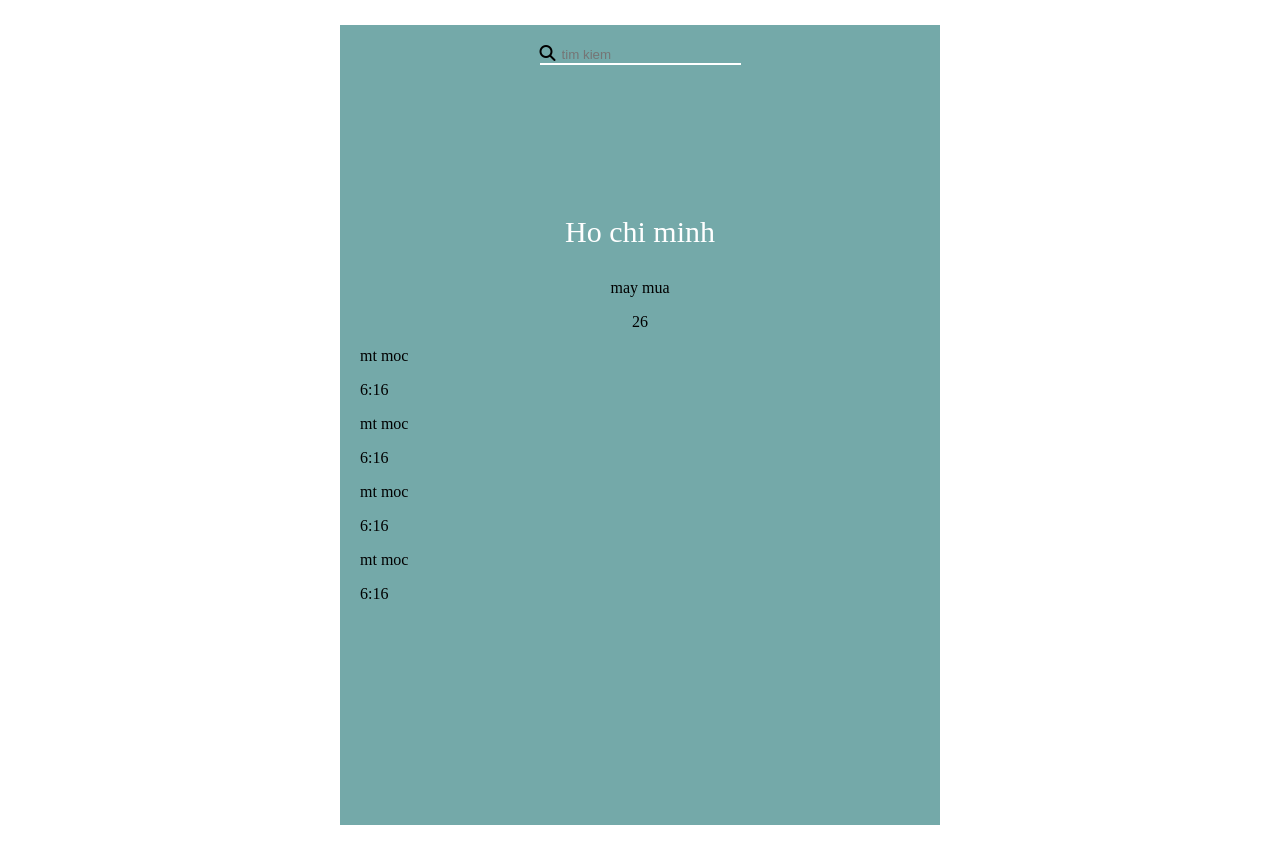
Repository: tienbkvn0605/weatherApp
Page: index.html
An editor plug-in stored every save of this project. The page is shown before and after a run of saves, followed by the edit.
The browser window is 1280 px wide. The pictures show the whole page.

Above is the page before, as saved 2022-10-05 16:48:59.

### index.html
<!DOCTYPE html>
<html lang="en">
  <head>
    <meta charset="UTF-8" />
    <meta http-equiv="X-UA-Compatible" content="IE=edge" />
    <meta name="viewport" content="width=device-width, initial-scale=1.0" />
    <link
      rel="stylesheet"
      href="https://cdnjs.cloudflare.com/ajax/libs/font-awesome/6.2.0/css/all.min.css"
      integrity="sha512-xh6O/CkQoPOWDdYTDqeRdPCVd1SpvCA9XXcUnZS2FmJNp1coAFzvtCN9BmamE+4aHK8yyUHUSCcJHgXloTyT2A=="
      crossorigin="anonymous"
      referrerpolicy="no-referrer"
    />
    <link rel="stylesheet" href="appstyle.css" />
    <title>Get Weather</title>
  </head>
  <body>
    <div class="container">
      <div class="main-section">
        <div class="search-bar">
          <i class="fa fa-search" aria-hidden="true"></i>
          <input type="text" placeholder="tim kiem" class="search-input" />
        </div>
        <p class="name-city">Ho chi minh</p>
        <p class="desc">may mua</p>
        <div class="status-icon"></div>
        <p class="template">26</p>
      </div>
      <div class="additional-section">
        <div class="colum">
          <div class="title">mt moc</div>
          <p class="time">6:16</p>
          <div class="title">mt moc</div>
          <p class="time">6:16</p>
        </div>
        <div class="colum">
          <div class="title">mt moc</div>
          <p class="time">6:16</p>
          <div class="title">mt moc</div>
          <p class="time">6:16</p>
        </div>
      </div>
    </div>
  </body>
  <script src="app.js"></script>
</html>

### appstyle.css
*,
*:before,
*:after {
  box-sizing: border-box;
  -webkit-box-sizing: border-box;
}
.container {
  width: 600px;
  height: 800px;
  background-color: rgb(116, 169, 169);
  margin: 25px auto;
  padding: 20px;
}
.main-section {
  text-align: center;
}
.search-bar {
  margin: 0 auto;
  border-bottom: 2px solid white;
  padding: 0px 25px 5px 30;
  align-items: center;
  width: max-content;
  margin-bottom: 150px;
}
.search-input {
  border: 0;
  outline: none;
  background-color: transparent;
  color: white;
}
.name-city {
  text-align: center;
  font-size: 30px;
  color: white;
}

Loaded but not shown: app.js (no stored copy; drawn as an empty file)

After the next 2 saves:
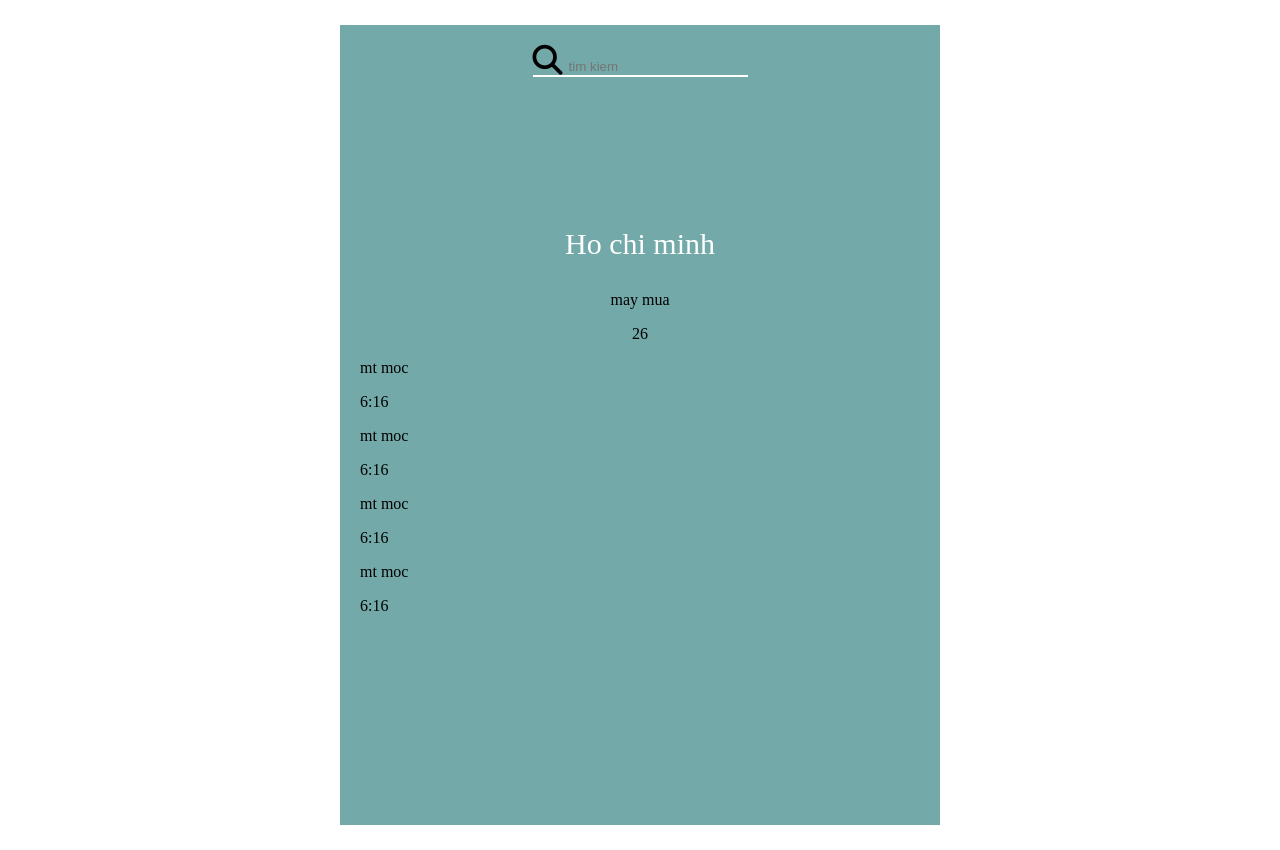
The 2 saves are shown as one change because they came seconds apart.
The last was saved 33 s later.
--- a/appstyle.css
+++ b/appstyle.css
@@ -22,6 +22,9 @@
   width: max-content;
   margin-bottom: 150px;
 }
+.search-bar i {
+  font-size: 30px;
+}
 .search-input {
   border: 0;
   outline: none;
